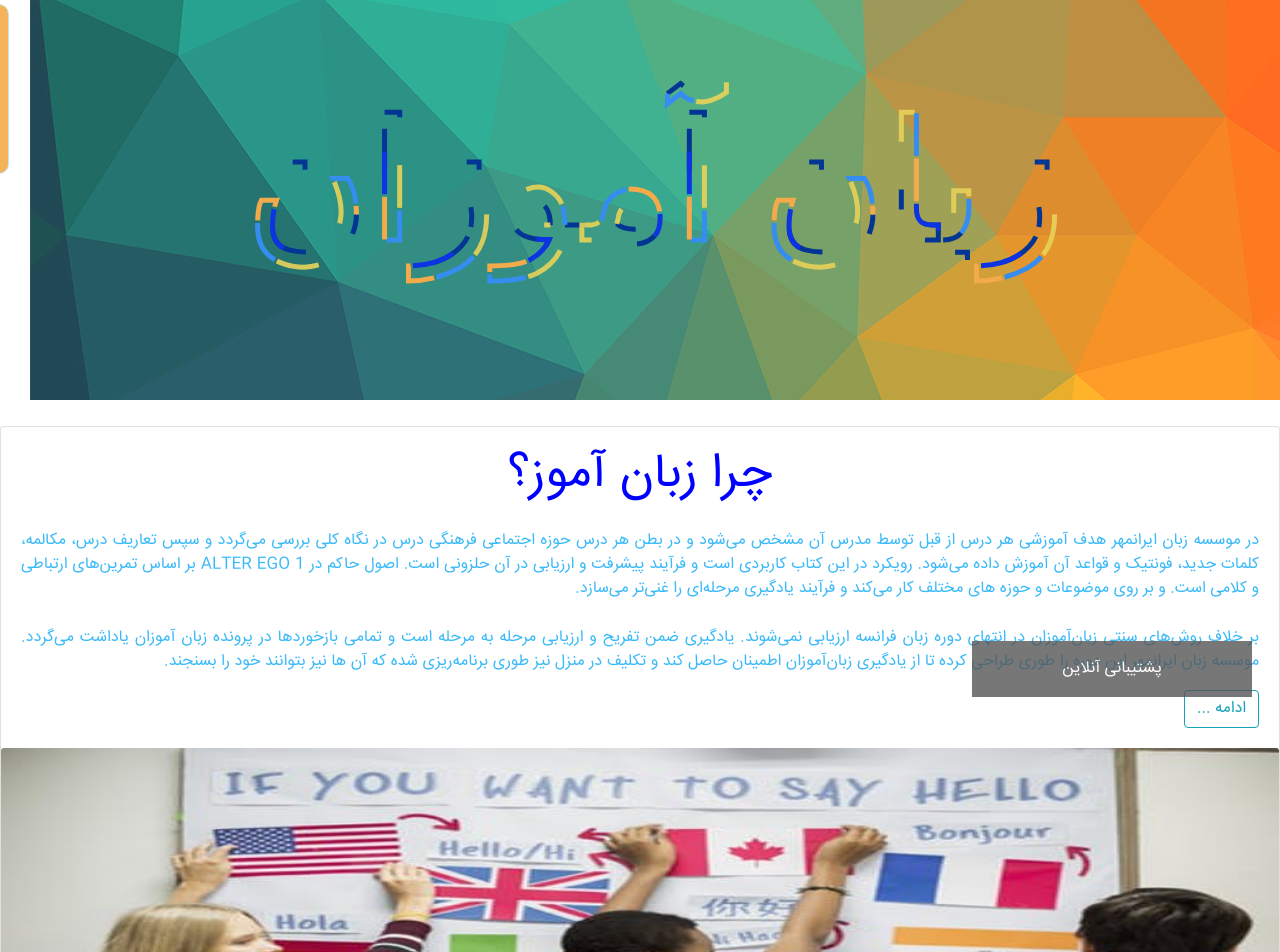
Repository: nikmahla/ZabanAmozan
Page: LanguageWebSite.html
An editor plug-in stored every save of this project. The page is shown before and after the next save, followed by the edit.
The browser window is 1280 px wide. The pictures show the part of the page from y = 0 to 952 px (the page is 3961 px tall).
A picture or video elsewhere on the page could not be fetched, so the positions and the page height are approximate.

Above is the page before, as saved 2019-10-11 22:45:09.

After the next save:
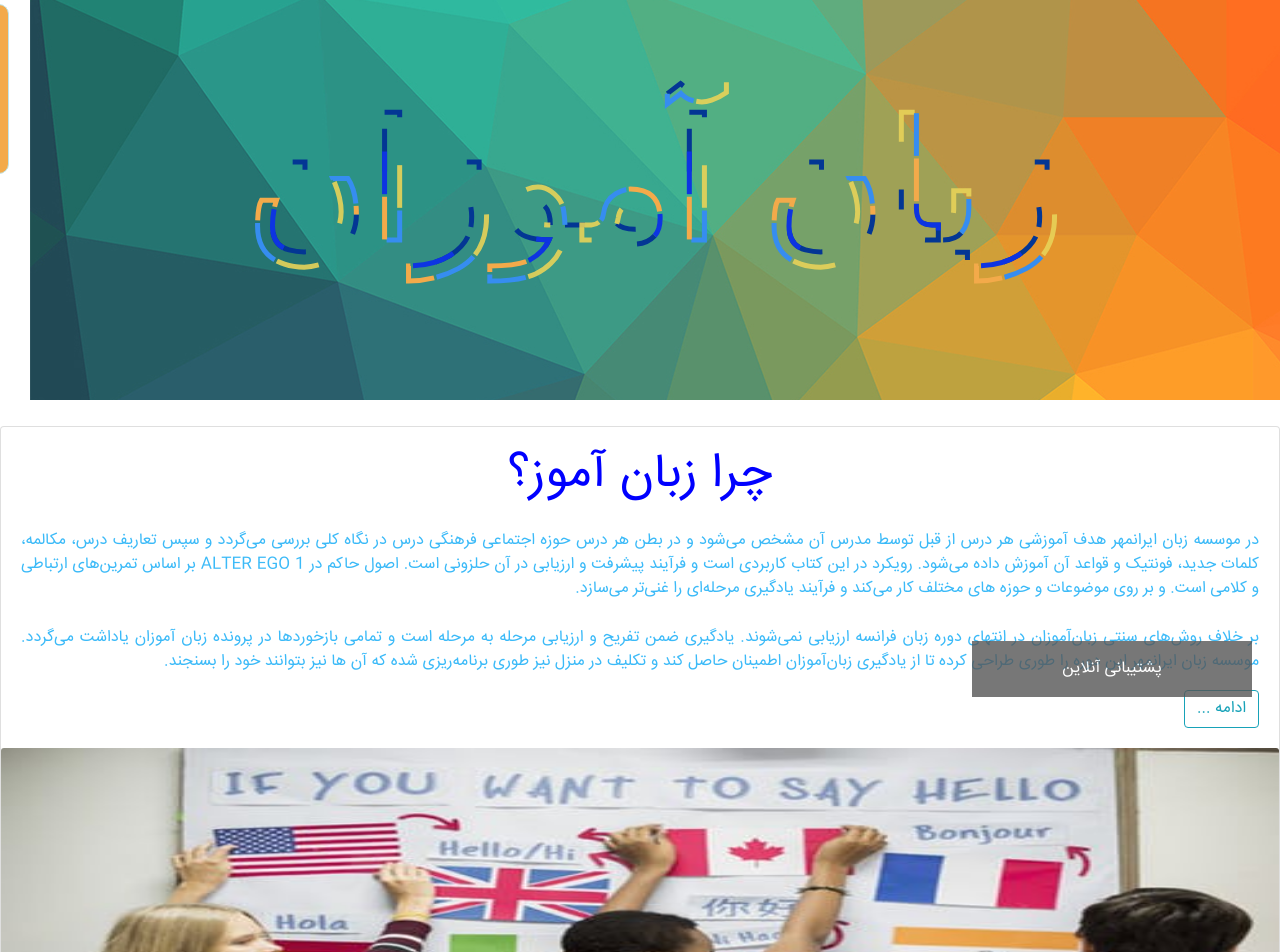
Saved 10 s later.
--- a/LanguageWebSite.html
+++ b/LanguageWebSite.html
@@ -304,7 +304,7 @@
                 $('#alert').slideDown('slow');
 
                 var alert = $('#alert');
-                alert.animate({ fontSize: '2em' , right: '99%',opacity: '0.9'  }, "slow");
+                alert.animate({ fontSize: '2em' , right: '99%',opacity: '1'  }, "slow");
 
             }, 2000);
         })
